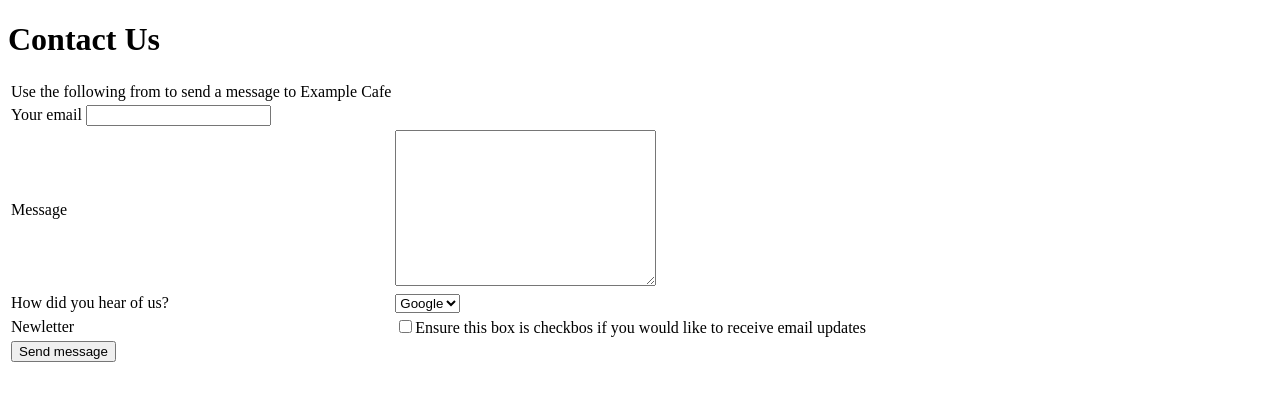
Repository: PhamChiXuan1/HTCNW_tuan3_DHCNTT16C_PhamChiXuan_20030131
Page: bt14.html
The author's editor kept a copy of each file at every save. The page is drawn from the files as they stood at one save, then again after the next save.
The browser window is 1280 px wide. The pictures show the whole page.

Above is the page before, as saved 2022-02-28 12:42:06.

### bt14.html
<!DOCTYPE html>
<html lang="en">
<head>
    <meta charset="UTF-8">
    <meta http-equiv="X-UA-Compatible" content="IE=edge">
    <meta name="viewport" content="width=device-width, initial-scale=1.0">
    <title>Document</title>
</head>
<body>
    <table>
        <H1>Contact Us</H1>
        <tr>
            <td>Use the following from to send a message to Example Cafe</td>
        </tr>
        <tr>
            <td>Your email
                <input type="text">
            </td>
            <td>

            </td>
        </tr>
        <tr>
            <td>Message</td>
            <td>
                <textarea name="" id="" cols="30" rows="10"></textarea>
            </td>
        </tr>
        <tr>
            <td>How did you hear of us?</td>
            <td>
                <select>
                    <option>Google</option>
                </select>
            </td>
        </tr>
        <tr>
            <td>Newletter</td>
            <td>
                <input type="checkbox" value="checkbox">Ensure this box is checkbos if you would like to receive email updates
            </td>
        </tr>
        <tr>
            <td>
                <input type="submit" value="Send message">
            </td>
        </tr>
    </table>
</body>
</html>

After the next save:
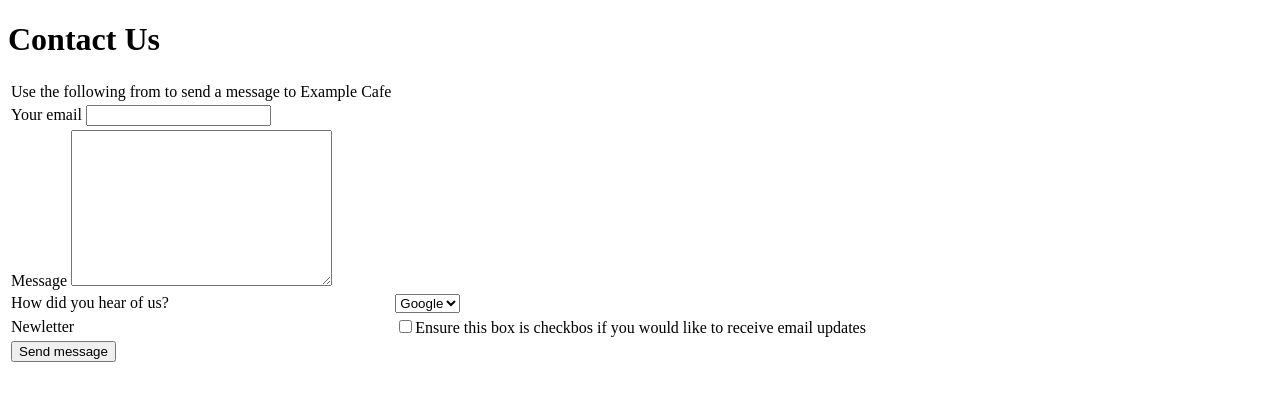
Saved 54 s later.
--- a/bt14.html
+++ b/bt14.html
@@ -13,16 +13,14 @@
             <td>Use the following from to send a message to Example Cafe</td>
         </tr>
         <tr>
-            <td>Your email
+            <td>
+                Your email
                 <input type="text">
-            </td>
-            <td>
-
             </td>
         </tr>
         <tr>
-            <td>Message</td>
             <td>
+                Message
                 <textarea name="" id="" cols="30" rows="10"></textarea>
             </td>
         </tr>
